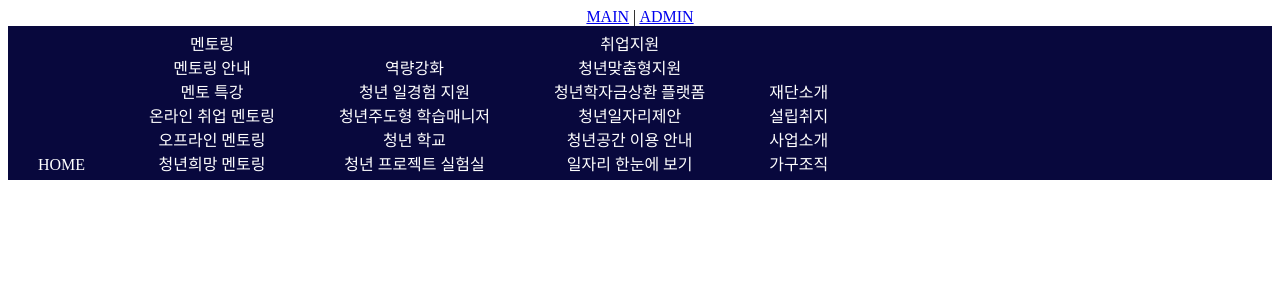
Repository: nywogud/promoPoli
Page: http://localhost/poli/WEB-INF/views/home.jsp
The author's editor kept a copy of each file at every save. The page is drawn from the files as they stood at one save, then again after the next save.
The browser window is 1280 px wide. The pictures show the whole page.
The page is served by Tomcat 9. Nobody is signed in. Other server files are loaded and not shown. The template is opened directly, without the code that normally fills it, so the values that code supplies are empty.

Above is the page before, as saved 2021-06-29 11:53:24.

### workspace/poli/src/main/webapp/WEB-INF/views/home.jsp
<%@ page language="java" contentType="text/html; charset=UTF-8" pageEncoding="UTF-8"%>
<%@ taglib uri="http://java.sun.com/jsp/jstl/core" prefix="c" %>
<%@ page session="false" %>
<html>
<head>
	<title>main</title>
	<style>
		ul, ol, li{
			list-style: none;
			margin: 0;
			padding: 0;
		}

		ul.main{color: white; background: rgb(8,8,61);}
		ul.main > li {
			display: inline-block; width: max-content; padding: 5px 10px;
			 text-align: center; margin-left: 20px; margin-right: 20px;
		}

		ul.main > li ul.sub {/*display: none;*/}



	</style>
</head>
<body>
	<div style="text-align: center;">
		<label><a href="/">MAIN</a></label>
		<label>|</label>
		<label><a href="#">ADMIN</a></label>
	</div>
	<div id="navHovBar">
		<ul class="main">
			<li class="main1">HOME</li>
			<li class="main2">
				멘토링
				<ul class="main2Sub sub">
					<li>멘토링 안내</li>
					<li>멘토 특강</li>
					<li>온라인 취업 멘토링</li>
					<li>오프라인 멘토링</li>
					<li>청년희망 멘토링</li>
				</ul>
			</li>
			<li class="main3">
				역량강화
				<ul class="main3Sub sub">
					<li>청년 일경험 지원</li>
					<li>청년주도형 학습매니저</li>
					<li>청년 학교</li>
					<li>청년 프로젝트 실험실</li>
				</ul>
			</li>
			<li class="main4">
				취업지원
				<ul class="main4Sub sub">
					<li>청년맞춤형지원</li>
					<li>청년학자금상환 플랫폼</li>
					<li>청년일자리제안</li>
					<li>청년공간 이용 안내</li>
					<li>일자리 한눈에 보기</li>
				</ul>
			</li>
			<li class="main5">
				재단소개
				<ul class="main5Sub sub">
					<li>설립취지</li>
					<li>사업소개</li>
					<li>가구조직</li>
				</ul>
			</li>
		</ul>
	</div>
</body>
</html>

After the next save:
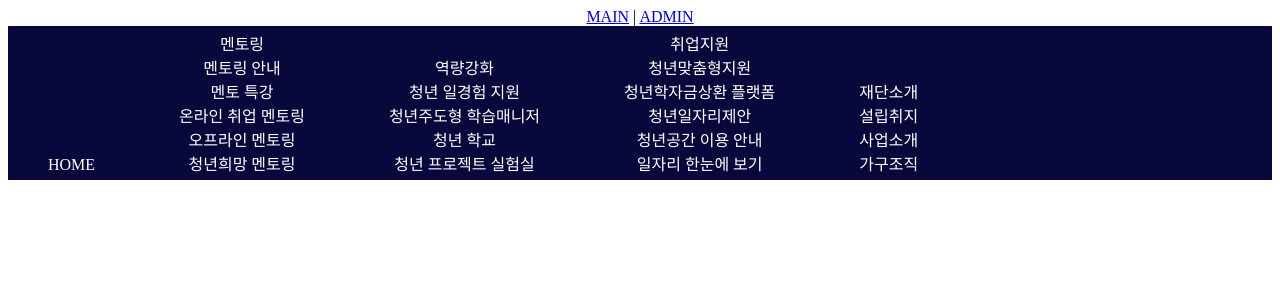
Saved 10 s later.
--- a/workspace/poli/src/main/webapp/WEB-INF/views/home.jsp
+++ b/workspace/poli/src/main/webapp/WEB-INF/views/home.jsp
@@ -14,7 +14,7 @@
 		ul.main{color: white; background: rgb(8,8,61);}
 		ul.main > li {
 			display: inline-block; width: max-content; padding: 5px 10px;
-			 text-align: center; margin-left: 20px; margin-right: 20px;
+			 text-align: center; margin-left: 30px; margin-right: 30px;
 		}
 
 		ul.main > li ul.sub {/*display: none;*/}
